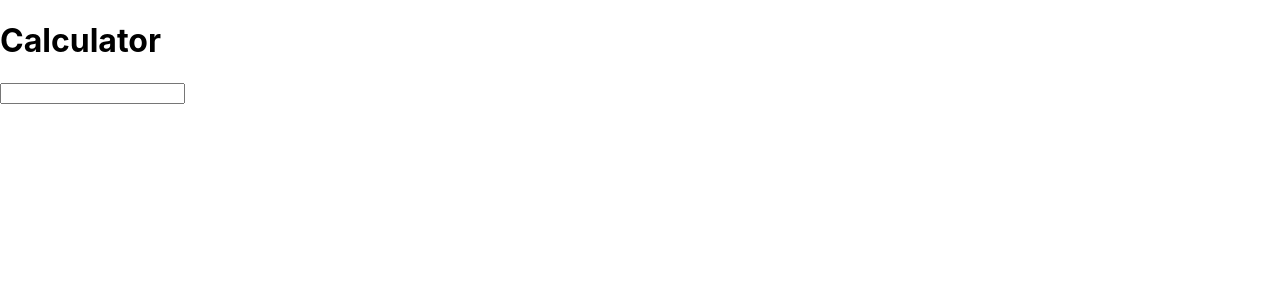
Repository: thesaherriaz/Calculator-React
Page: /
The author's editor kept a copy of each file at every save. The page is drawn from the files as they stood at one save, then again after the next save.
The browser window is 1280 px wide. The pictures show the whole page.
The project was rebuilt for these pictures with package versions that can differ from the ones it lists, and the page was loaded fresh each time.

Above is the page before, as saved 2025-06-18 14:09:47.

After the next save:
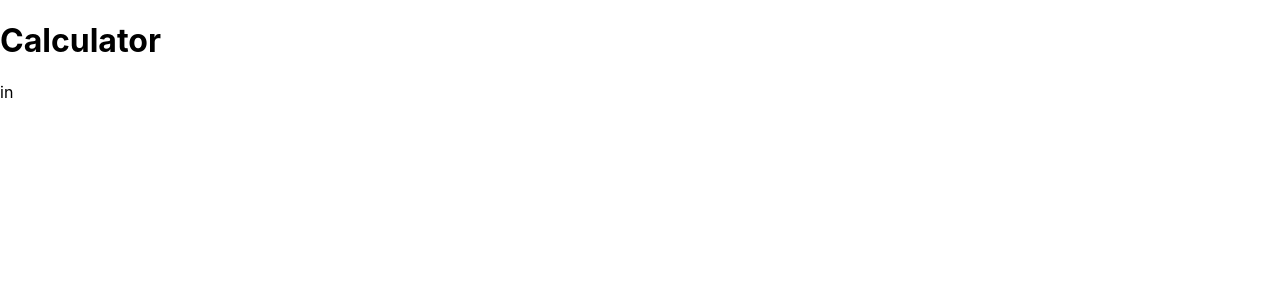
Saved 4 s later.
--- a/src/compnents/Calculator.jsx
+++ b/src/compnents/Calculator.jsx
@@ -5,7 +5,7 @@
     <>
         <div className="Calculator">
             <h1>Calculator</h1>
-            <input/>
+            in
         </div>
     </>
   )

After the 4 saves that followed:
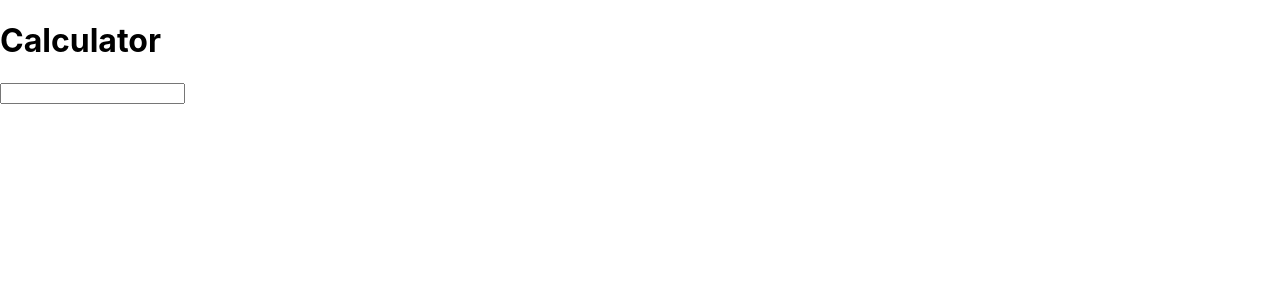
The 4 saves are shown as one change because they came seconds apart.
The last was saved 21 s later.
--- a/src/compnents/Calculator.jsx
+++ b/src/compnents/Calculator.jsx
@@ -5,7 +5,7 @@
     <>
         <div className="Calculator">
             <h1>Calculator</h1>
-            in
+            <input type="text" name="input" id="input" />
         </div>
     </>
   )
